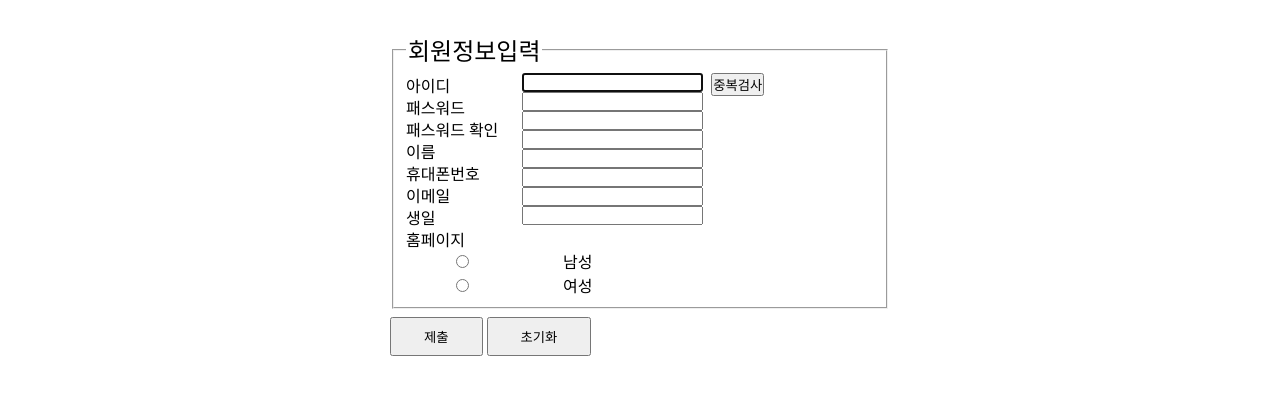
Repository: saysang22/servlet
Page: http://localhost/BookMarket/validationExample.jsp
These files come from the project's save history. The page is drawn as it stood at one moment and after the next save; the edit follows.
The browser window is 1280 px wide. The pictures show the whole page.
The page is served by Tomcat 10.

Above is the page before, as saved 2024-05-31 08:14:36.

After the next save:
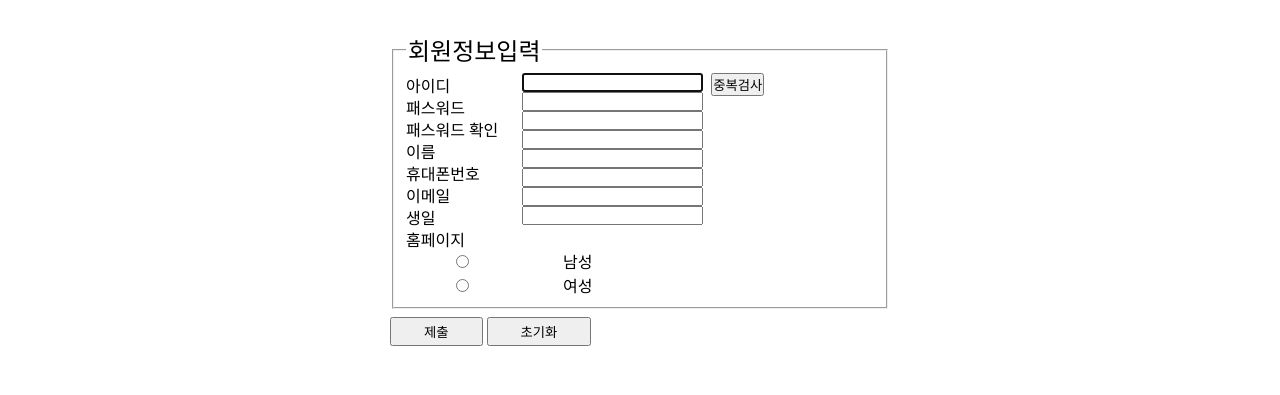
Saved 7 s later.
--- a/BookMarket/src/main/webapp/resources/css/validationExample.css
+++ b/BookMarket/src/main/webapp/resources/css/validationExample.css
@@ -58,5 +58,5 @@ ul {
 }
 
 .buttonWrap input {
-	padding: .5rem 2rem;
+	padding: .2rem 2rem;
 }
